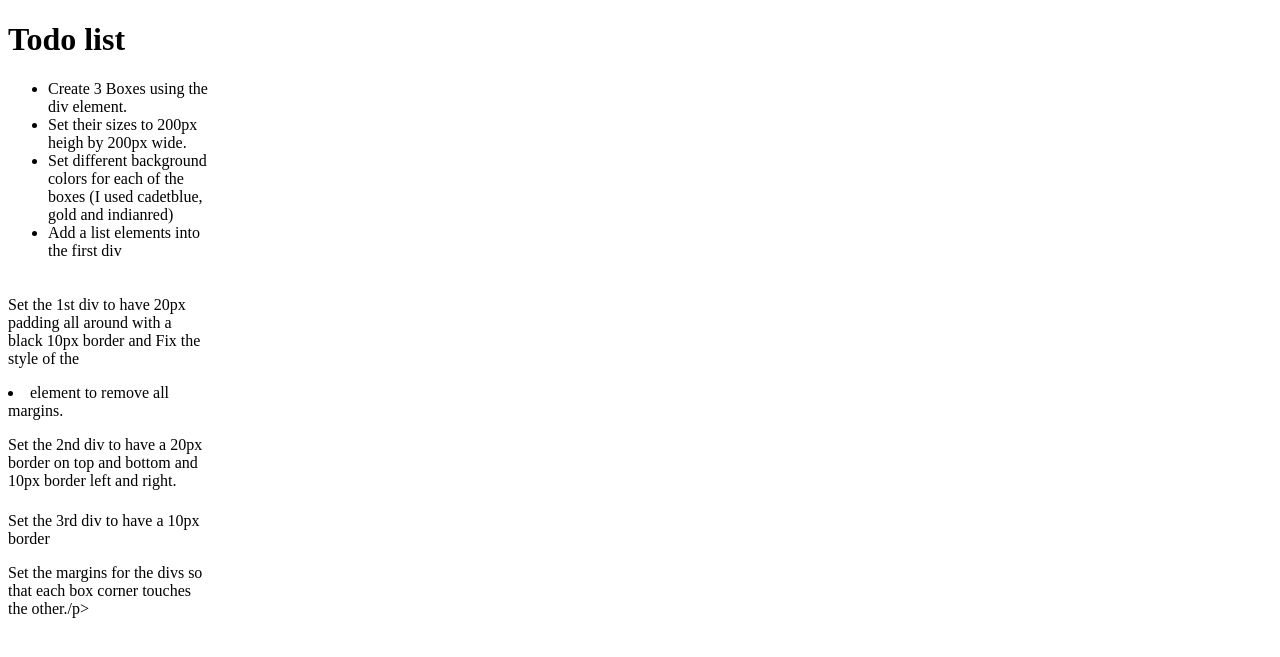
Repository: aniatot/CSS_KT
Page: 6.3 CSS Box Model/index.html
An editor plug-in stored every save of this project. The page is shown before and after the next save, followed by the edit.
The browser window is 1280 px wide. The pictures show the whole page.

Above is the page before, as saved 2023-10-18 20:15:27.

### 6.3 CSS Box Model/index.html
<!DOCTYPE html>
<html lang="en">

<head>
  <meta charset="UTF-8">
  <title>CSS Box Model</title>
  <style>
    /* Write your CSS code here */
    div {
      height: 200px;
      width: 200px;
    }

/*     ul li {
      margin: 0;
    } */

/*     #first {
      background-color: cadetblue;
      padding: 20px;
      border: 10px solid black;
    }

    #second {
      background-color: gold;
      border: solid black;
      border-width: 20px 10px;
      margin-left: 260px;
    }

    #third {
      background-color: indianred;
      border: 10px solid black;
      margin-left: 40px;
    } */
  </style>

  </style>
</head>

<body>
<h1>Todo list</h1>
<div id="first">
  <ul>
    <li>Create 3 Boxes using the div element. </li>
    <li>Set their sizes to 200px heigh by 200px wide. </li>
    <li>Set different background colors for each of the boxes (I used cadetblue, gold and indianred)</li>
    <li>Add a list elements into the first div</li>
  </ul>
</div>

<div id="second">
  <p>Set the 1st div to have 20px padding all around with a black 10px border and
  Fix the style of the <li> element to remove all margins.</p>
  <p>Set the 2nd div to have a 20px border on top and bottom and 10px border left and right.</p>
</div>
<div id="third">
  <p>Set the 3rd div to have a 10px border</p>
  <p>Set the margins for the divs so that each box corner touches the other./p>
</div>
</body>

</html>

After the next save:
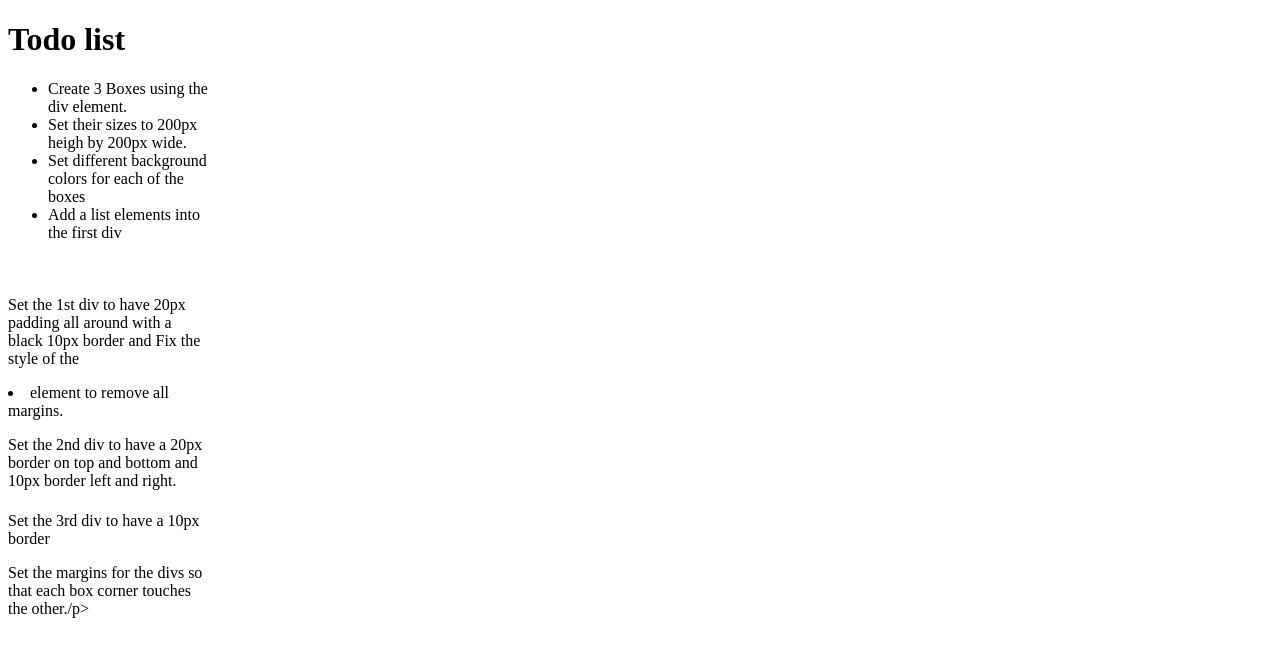
Saved 112 s later.
--- a/6.3 CSS Box Model/index.html
+++ b/6.3 CSS Box Model/index.html
@@ -11,9 +11,9 @@
       width: 200px;
     }
 
-/*     ul li {
+    ul li {
       margin: 0;
-    } */
+    }
 
 /*     #first {
       background-color: cadetblue;
@@ -44,7 +44,7 @@
   <ul>
     <li>Create 3 Boxes using the div element. </li>
     <li>Set their sizes to 200px heigh by 200px wide. </li>
-    <li>Set different background colors for each of the boxes (I used cadetblue, gold and indianred)</li>
+    <li>Set different background colors for each of the boxes</li>
     <li>Add a list elements into the first div</li>
   </ul>
 </div>
